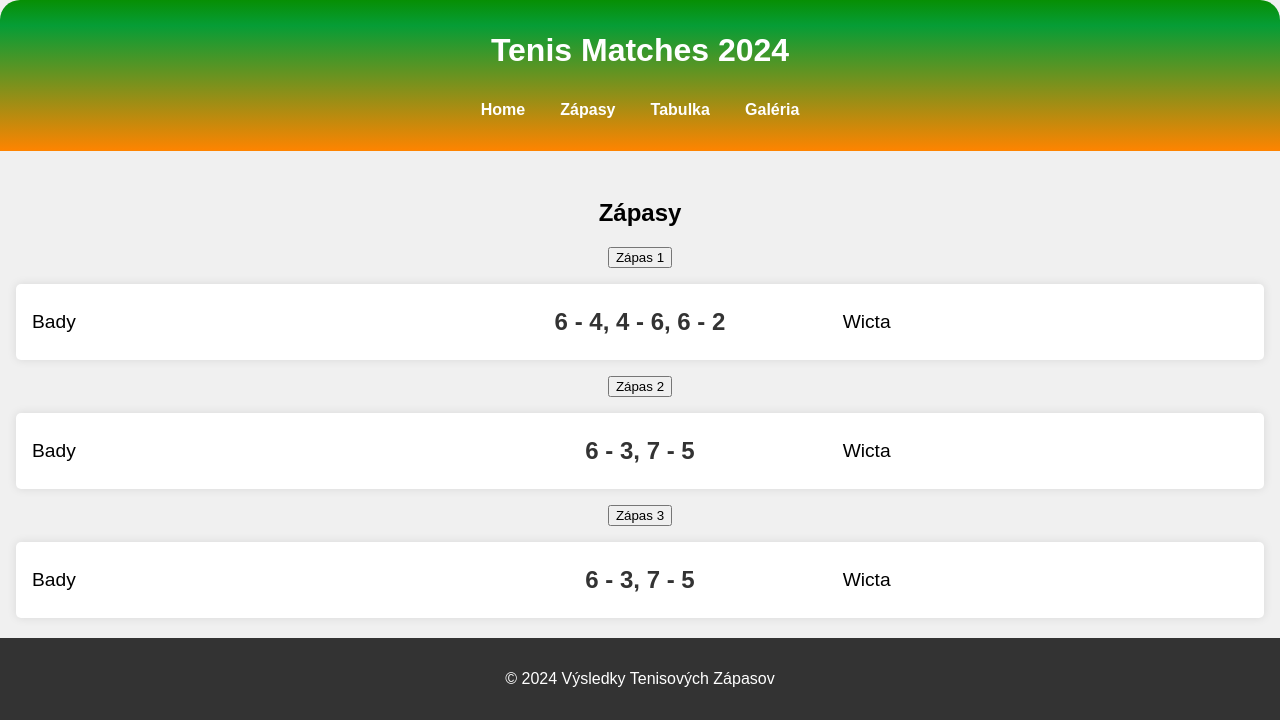
Repository: Badynko/tenis
Page: matches.html
These files come from the project's save history. The page is drawn as it stood at one moment and after the next save; the edit follows.
The browser window is 1280 px wide. The pictures show the whole page.

Above is the page before, as saved 2024-07-23 16:32:21.
Console error: ReferenceError: Cannot access '$matches' before initialization

After the next save:
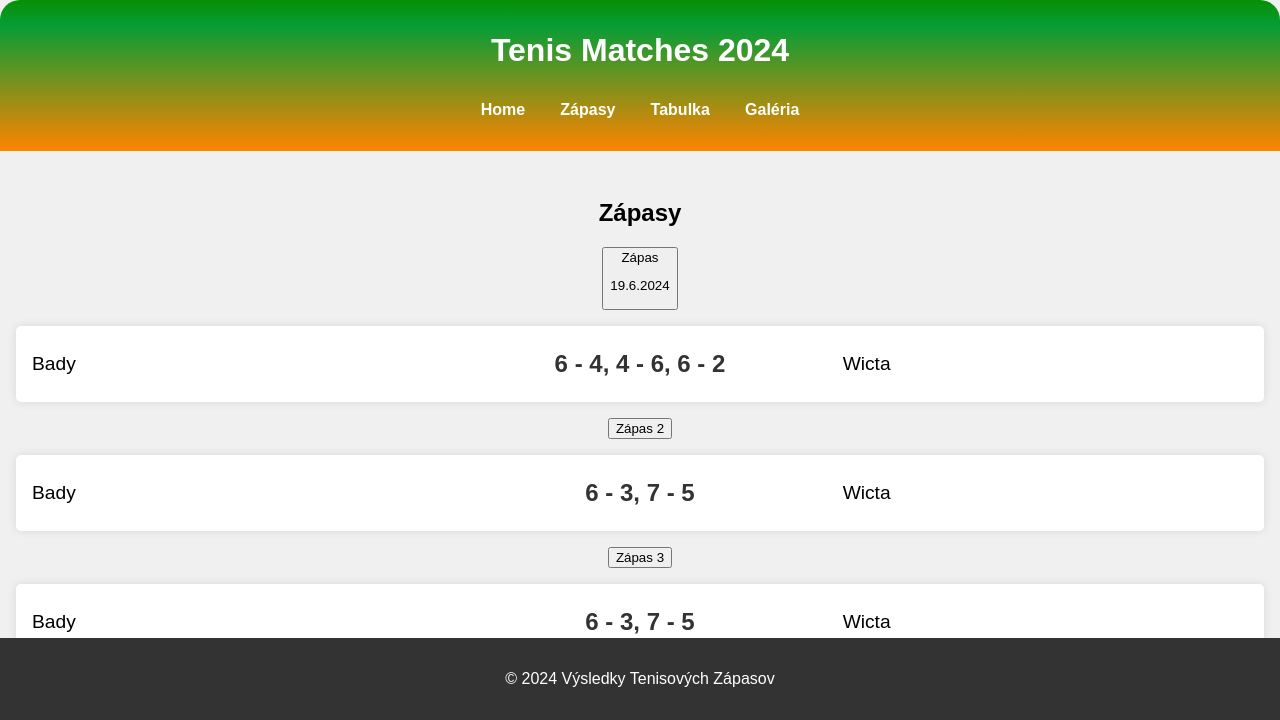
Saved 56 s later.
--- a/matches.html
+++ b/matches.html
@@ -22,7 +22,10 @@
       <section id="zapasy">
         <h2>Zápasy</h2>
 
-        <button class="accordion">Zápas 1</button>
+        <button class="accordion">
+          Zápas
+          <p>19.6.2024</p>
+        </button>
         <div class="match">
           <div class="player">Bady</div>
           <div class="score">6 - 4, 4 - 6, 6 - 2</div>
